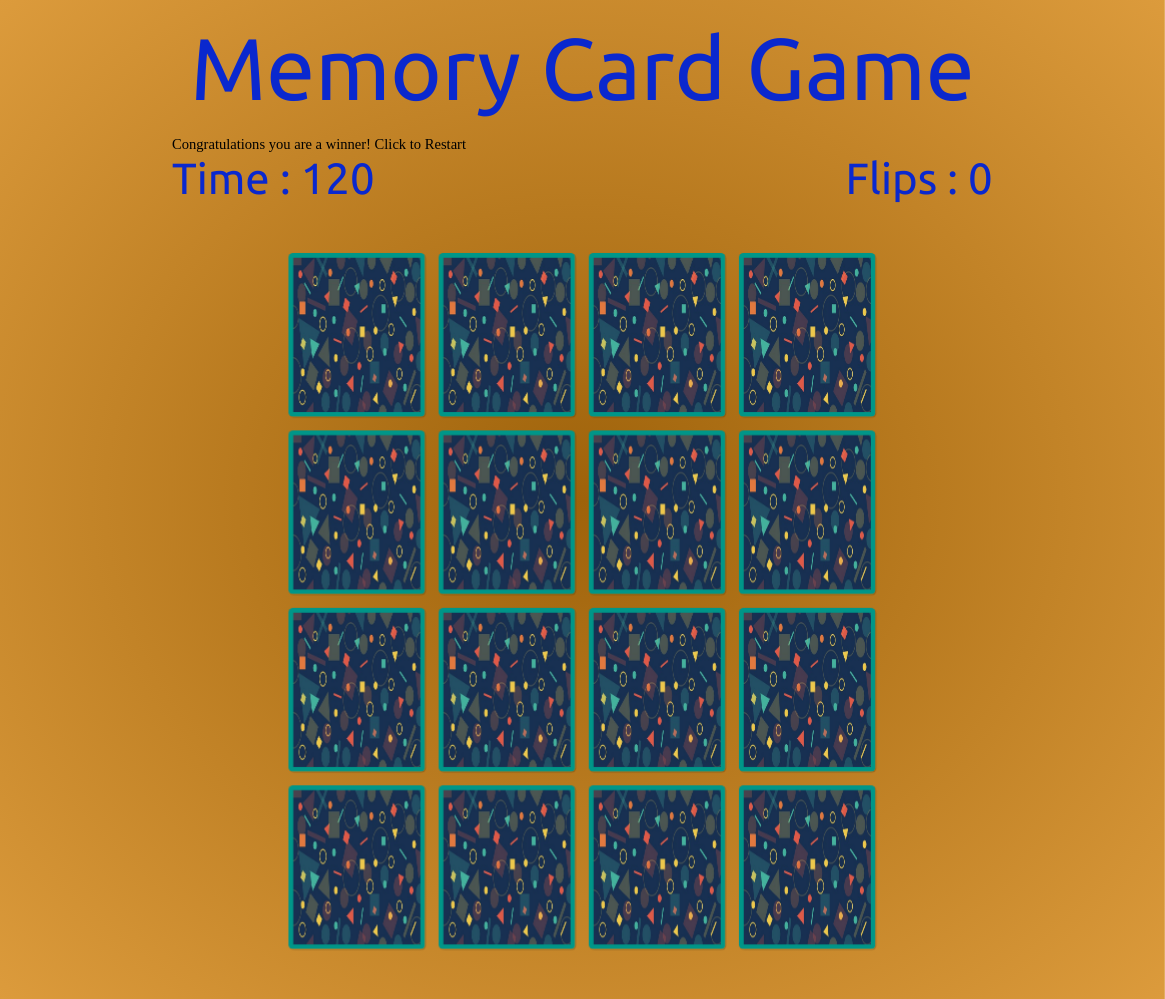
Repository: claudiadanaila1/Project-2--Interactive-FrontEnd---Memory-game
Page: index.html
The author's editor kept a record of every edit. The page is drawn from the files as they stood at one moment, then again after the next edit.
The browser window is 1280 px wide. The pictures show the whole page, at 91% of full size.

Above is the page before.

### index.html
<!DOCTYPE html>
<html lang="en">
<head>
    <meta charset="UTF-8">
    <meta name="viewport" content="width=device-width, initial-scale=1.0">
    <meta http-equiv="X-UA-Compatible" content="ie=edge">
    <link rel="stylesheet" href="css/style.css" type="text/css" />
    <title>Memory Card Game</title>
</head>
<body>
    <h1 class="title">Memory Card Game</h1>

    <div class="text-game active">Click to Start</div>
    <div class="text-game" id="game-over-text">Game Over
    <span class="text-game-restart">Click to Restart</span>
    </div>
    <div class"text-game" id="victory-text">Congratulations you are a winner!
    <span class="text-game-restart">Click to Restart</span>
    </div>

    <div class="game-info-container">
      <div class="game-info">
        Time : <span id="time-remaining">120</span>
      </div>
      <div class="game-info">
        Flips : <span id="flips">0</span>
      </div>
    </div>

  <section class="memory-game-container">
      <div class="memory-card">
          <img class="card-front" src="assets/images/jelly1.jpg" alt="jelly-fish"/>
          <img class="card-back"  src="assets/images/background1.jpg" alt="lock" />
      </div>
      <div class="memory-card">
          <img class="card-front" src="assets/images/jelly1.jpg" alt="jelly-fish"/>
          <img class="card-back"  src="assets/images/background1.jpg" alt="lock" />
      </div>
      <div class="memory-card">
          <img class="card-front" src="assets/images/jelly2.jpg" alt="jelly-fish"/>
          <img class="card-back"  src="assets/images/background1.jpg" alt="lock" />
      </div>
      <div class="memory-card">
          <img class="card-front" src="assets/images/jelly2.jpg" alt="jelly-fish"/>
          <img class="card-back"  src="assets/images/background1.jpg" alt="lock" />
      </div>
      <div class="memory-card">
          <img class="card-front" src="assets/images/jelly3.jpg" alt="jelly-fish"/>
          <img class="card-back"  src="assets/images/background1.jpg" alt="lock" />
      </div>
      <div class="memory-card">
          <img class="card-front" src="assets/images/jelly3.jpg" alt="jelly-fish"/>
          <img class="card-back"  src="assets/images/background1.jpg" alt="lock" />
      </div>
      <div class="memory-card">
          <img class="card-front" src="assets/images/jelly4.jpg" alt="jelly-fish"/>
          <img class="card-back"  src="assets/images/background1.jpg" alt="lock" />
      </div>
      <div class="memory-card">
          <img class="card-front" src="assets/images/jelly4.jpg" alt="jelly-fish"/>
          <img class="card-back"  src="assets/images/background1.jpg" alt="lock" />
      </div>
      <div class="memory-card">
          <img class="card-front" src="assets/images/jelly5.jpg" alt="jelly-fish"/>
          <img class="card-back"  src="assets/images/background1.jpg" alt="lock" />
      </div>
      <div class="memory-card">
          <img class="card-front" src="assets/images/jelly5.jpg" alt="jelly-fish"/>
          <img class="card-back"  src="assets/images/background1.jpg" alt="lock" />
      </div>
      <div class="memory-card">
          <img class="card-front" src="assets/images/jelly6.jpg" alt="jelly-fish"/>
          <img class="card-back"  src="assets/images/background1.jpg" alt="lock" />
      </div>
      <div class="memory-card">
          <img class="card-front" src="assets/images/jelly6.jpg" alt="jelly-fish"/>
          <img class="card-back"  src="assets/images/background1.jpg" alt="lock" />
      </div>
      <div class="memory-card">
          <img class="card-front" src="assets/images/jelly7.jpg" alt="jelly-fish"/>
          <img class="card-back "  src="assets/images/background1.jpg" alt="lock" />
      </div>
       <div class="memory-card">
          <img class="card-front" src="assets/images/jelly7.jpg" alt="jelly-fish"/>
          <img class="card-back"  src="assets/images/background1.jpg" alt="lock" />
      </div>
      <div class="memory-card">
          <img class="card-front" src="assets/images/jelly8.jpg" alt="jelly-fish"/>
          <img class="card-back"  src="assets/images/background1.jpg" alt="lock" />
      </div>
      <div class="memory-card">
          <img class="card-front" src="assets/images/jelly8.jpg" alt="jelly-fish"/>
          <img class="card-back"  src="assets/images/background1.jpg" alt="lock" />
      </div>

  </section>
  <script type="text/javascript" src="script.js"></script>
</body>
</html>

### css/style.css
@import url('https://fonts.googleapis.com/css?family=Ubuntu&display=swap');

@import url('https://fonts.googleapis.com/css?family=Kalam&display=swap');


* {
    padding: 0;
    margin: 0;
    box-sizing: border-box;
}

html {
   min-height: 100vh;
    display: flex;
    background:radial-gradient(#9e620a, #dc9b3c);
}

body{
    margin:auto;
    justify-content:center;
}

/* title and game info container */

.title {
    font-family:"Ubuntu", sans-serif;
    font-size: 6em;
    text-align: center;
    font-weight: normal;
    color:#0a28ce;
    margin:20px;
}

.game-info-container {
    grid-column: 1/-1;
    justify-content: space-between;
    display: flex;
    margin-bottom:10px;
}

.game-info {
    font-family: "Ubuntu", sans-serif;
    font-size:3em;
    color:#0a28ce;
}

/* styles for the memory game container and cards */


.memory-game-container {
 display:grid;
  grid-template-columns: repeat(4, auto);
  grid-gap: 5px;
  margin: 50px;
  justify-content: center;
  perspective: 1000px;
}

.memory-card {
  width: 150px;
  height: 180px;
  margin: 5px;
  position: relative;
  transform: scale(1);
  transform-style: preserve-3d;
  transition: transform .5s;
  border-radius:5px;
  box-shadow: 1px 1px 1px rgba(0,0,0,.2);
}

.memory-card:active {
  transform: scale(0.96);
  transition: transform .3s ease-in;
}

.memory-card.flip {
  transform: rotateY(180deg);
}

.card-front,
.card-back {
  width: 100%;
  height: 100%;
  padding: 5px;
  position: absolute;
  border-radius: 5px;
  background: #009688;;
  backface-visibility: hidden;
}

.card-front {
  transform: rotateY(180deg);

}

/* game text for start, victory and game over */

.text-game {
    font-family: "Kalam", sans-serif;
    position:fixed;
    align-items:center;
    z-index: 100;
    display:none;
    top:0;
    bottom:0;
    right:0;
    left:0;

}

/*media queries game info and memory game containers */

@media (max-width: 600px){
.memory-game-container {
     grid-template-columns: repeat(2, auto);
}
.game-info-container {
    flex-direction: column;
    align-items: center;
  }
}

Loaded but not shown: script.js (no copy from this time; the picture is the same without it)

After the next edit:
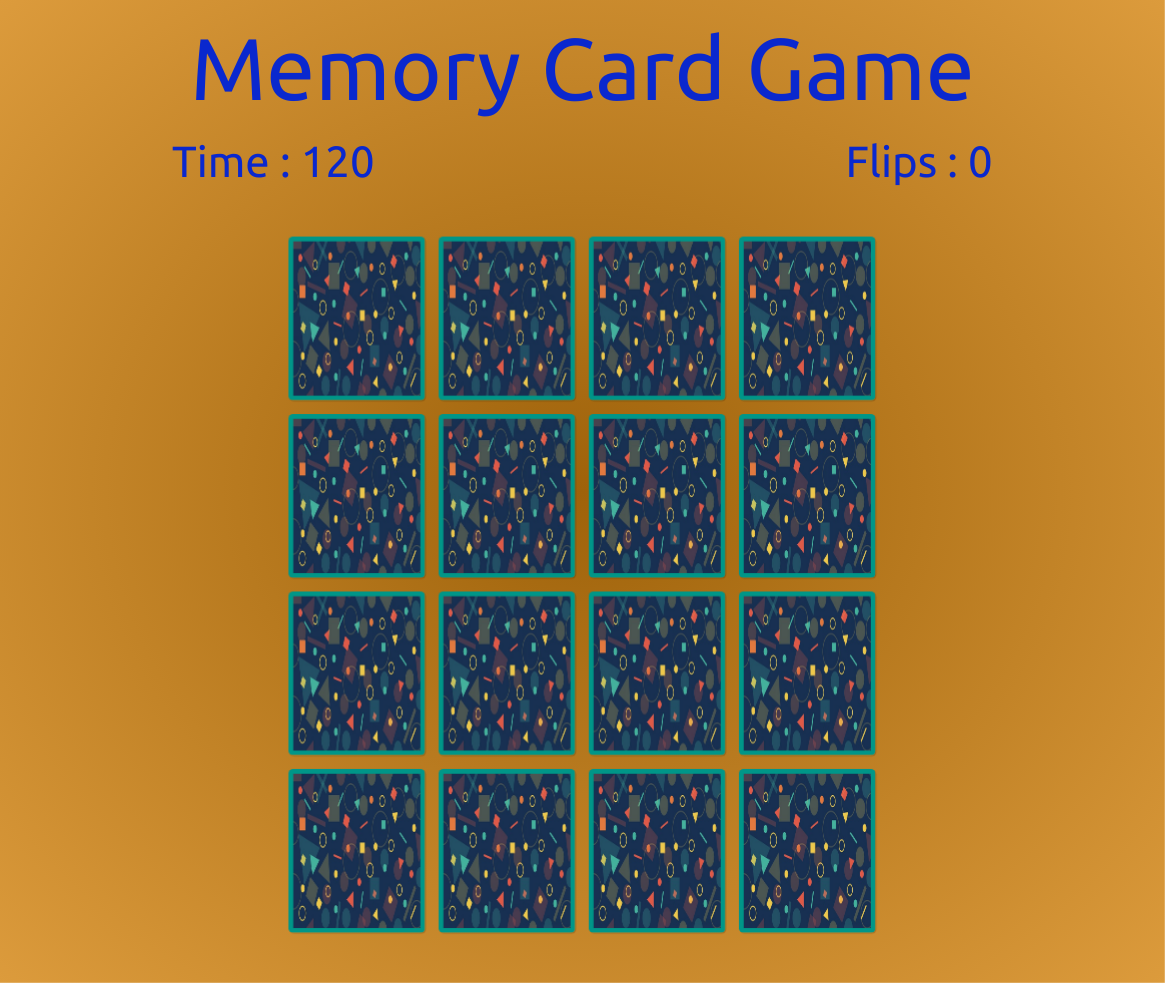
The edit:
--- a/index.html
+++ b/index.html
@@ -14,7 +14,7 @@
     <div class="text-game" id="game-over-text">Game Over
     <span class="text-game-restart">Click to Restart</span>
     </div>
-    <div class"text-game" id="victory-text">Congratulations you are a winner!
+    <div class ="text-game" id="victory-text">Congratulations you are a winner!
     <span class="text-game-restart">Click to Restart</span>
     </div>
 
